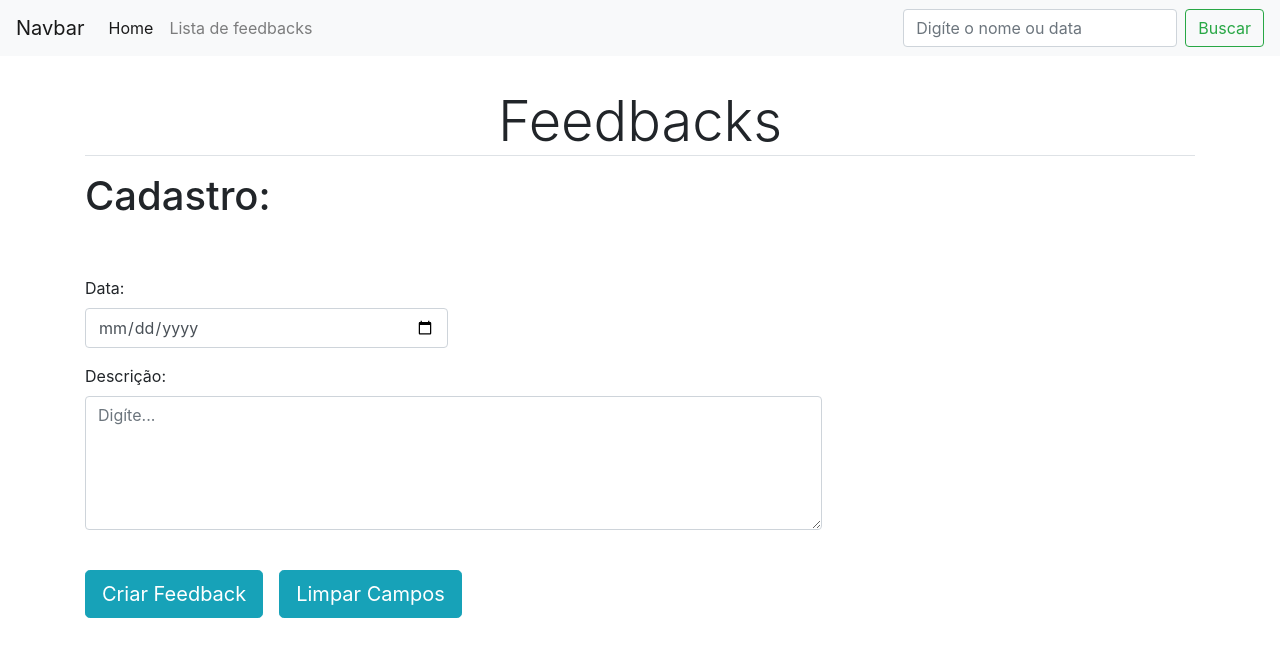
Repository: JulioSantooz/maisViagensSegundaVersao
Page: java-web(eclipse)/java-crud-mais-viagens/src/main/webapp/descricao.html
These files come from the project's save history. The page is drawn as it stood at one moment and after the next save; the edit follows.
The browser window is 1280 px wide. The pictures show the whole page.
Some web libraries are served in a nearby version.

Above is the page before, as saved 2022-02-06 15:41:13.

After the next save:
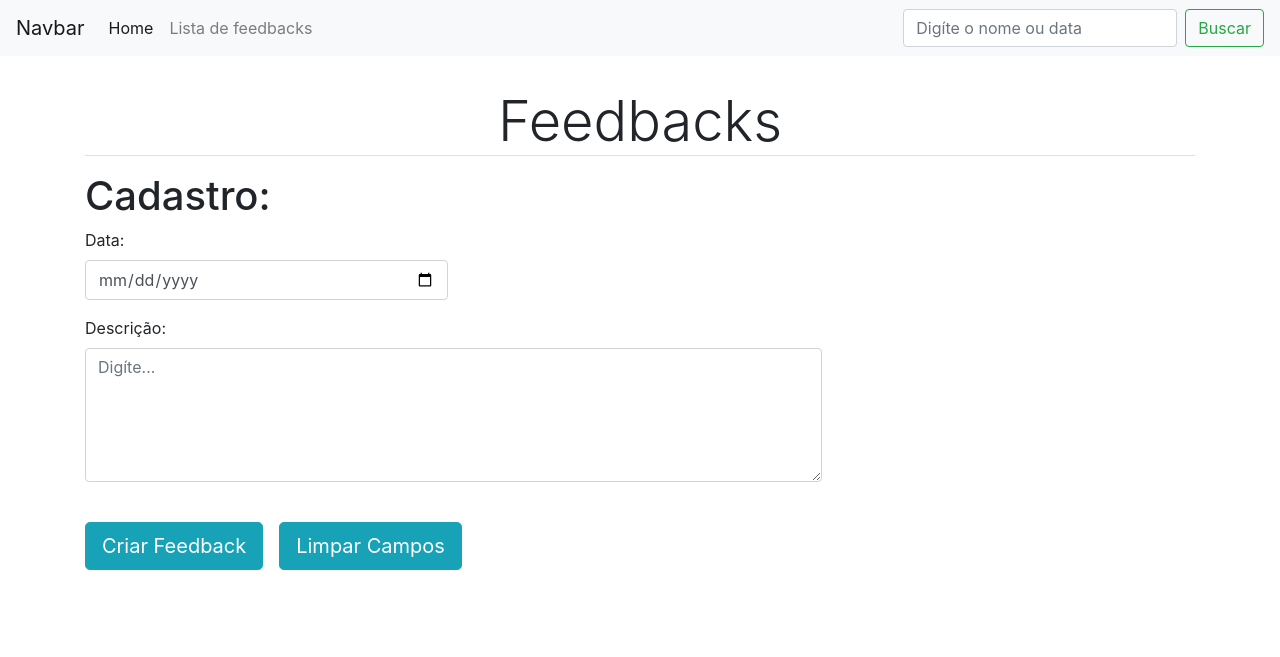
Saved 15 s later.
--- a/java-web(eclipse)/java-crud-mais-viagens/src/main/webapp/descricao.html
+++ b/java-web(eclipse)/java-crud-mais-viagens/src/main/webapp/descricao.html
@@ -39,7 +39,7 @@
 				</div>
 			</div>
 			<form action="CreateAndFind" method="POST">
-                <div class="form-row mt-5 d-flex flex-column">
+                <div class="form-row d-flex flex-column">
                     <div class="form-group col-4">
                         <label for="" class="float-left">Data:</label>
                         <input name="data" type="date" class="form-control" id="">
